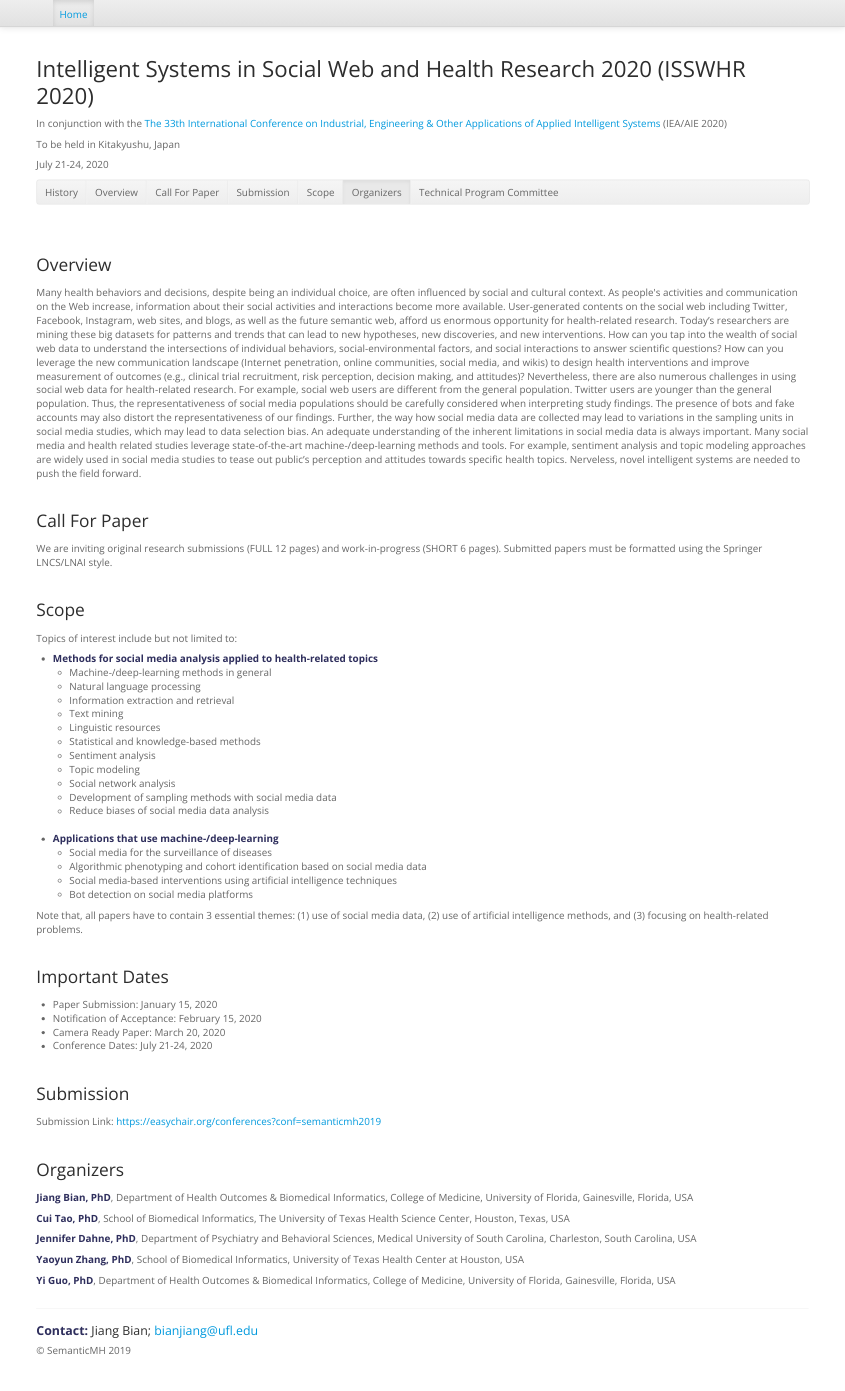
Repository: bianjiang/semantics-powered.org
Page: ISSWHR-2020/index.html
The author's editor kept a copy of each file at every save. The page is drawn from the files as they stood at one save, then again after a run of saves.
The browser window is 1280 px wide. The pictures show the whole page, at 66% of full size.
Some web libraries are served in a nearby version.

Above is the page before, as saved 2019-10-26 17:08:34.
Console error (its wording comes from the project's code and is left out).

After the next 3 saves:
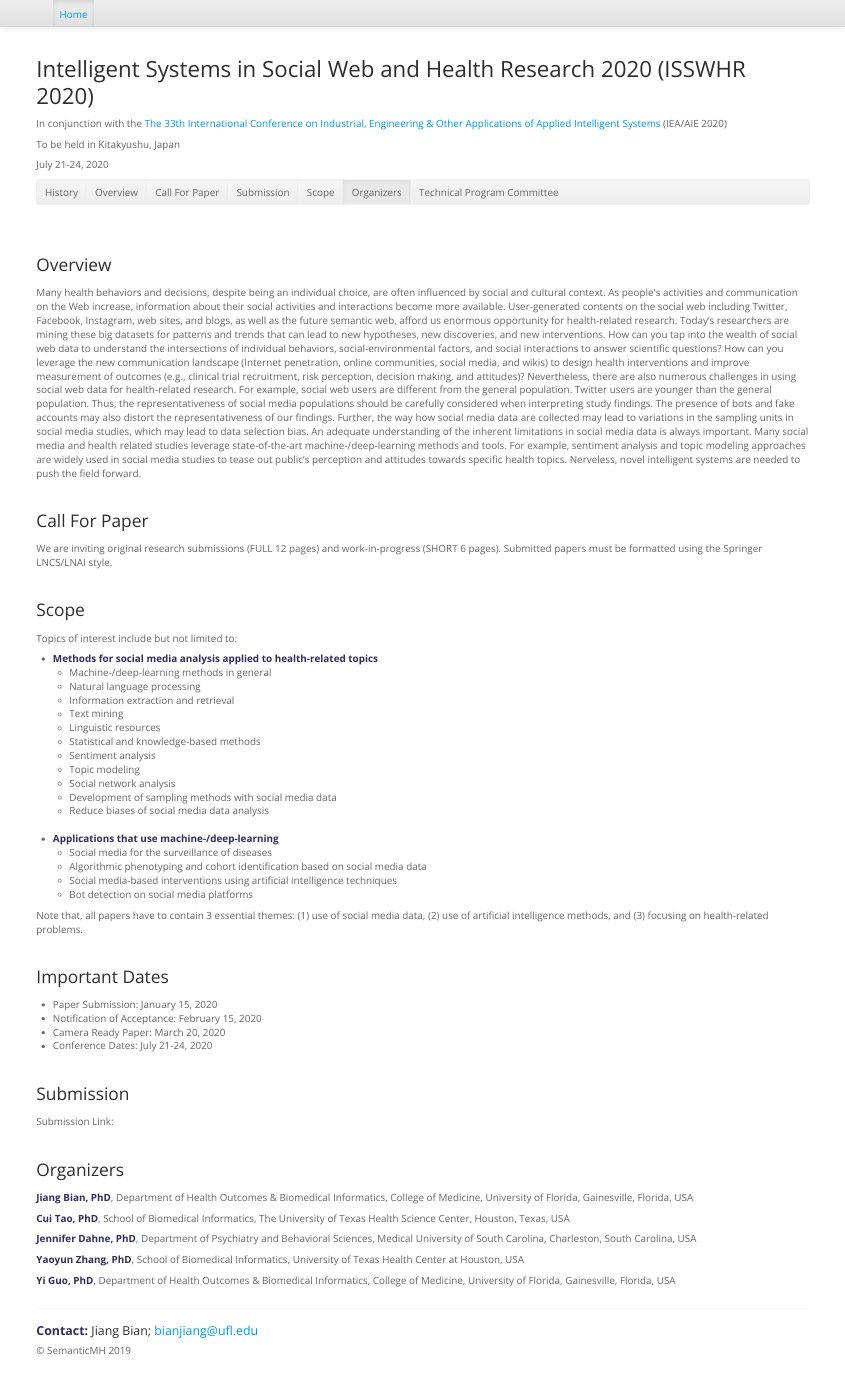
The 3 saves are shown as one change because they came seconds apart.
The last was saved 14 s later.
--- a/ISSWHR-2020/index.html
+++ b/ISSWHR-2020/index.html
@@ -203,7 +203,9 @@
       <div class="row">
         <div class="span12">
           <h3>Submission</h3>
-          <p>Submission Link: <a href="https://easychair.org/conferences?conf=semanticmh2019" target="_blank">https://easychair.org/conferences?conf=semanticmh2019</a></p>
+          <p>Submission Link:
+            <!-- <a href="https://easychair.org/conferences?conf=semanticmh2019" target="_blank">https://easychair.org/conferences?conf=semanticmh2019</a> -->
+          </p>
         </div>
       </div>
     </section>
